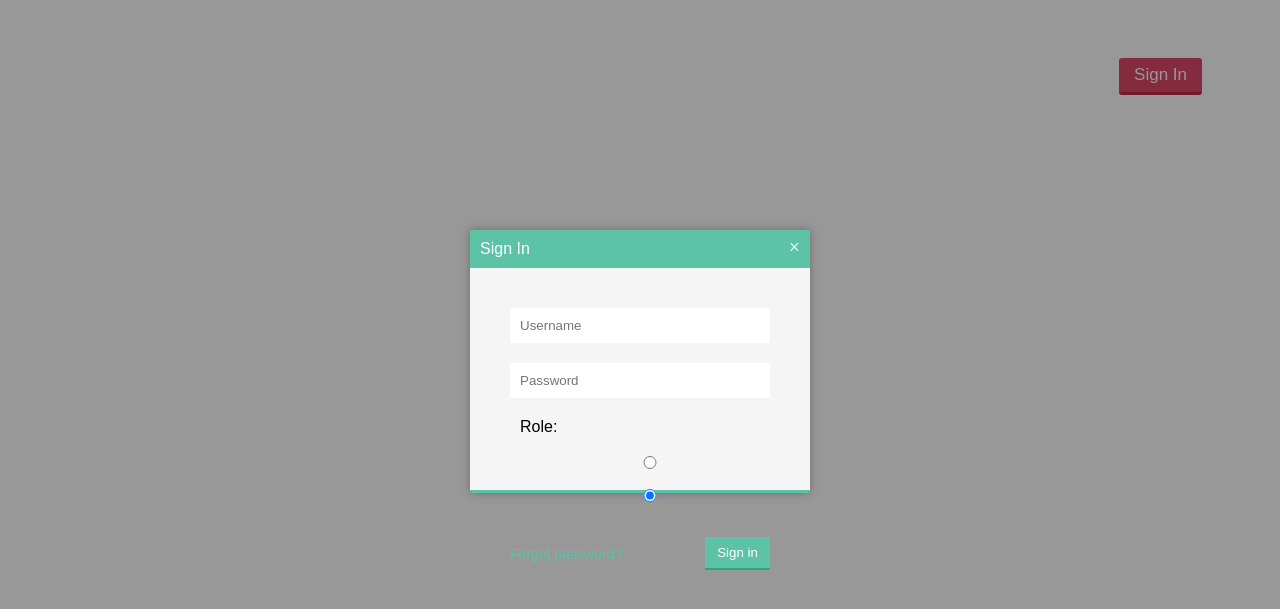
Repository: Mainak-Deb/EmployeeApprisalApp
Page: http://localhost/EmployeeApprisalForm/
The author's editor kept a copy of each file at every save. The page is drawn from the files as they stood at one save, then again after the next save.
The browser window is 1280 px wide. The pictures show the whole page.
The page is served by Tomcat 9.

Above is the page before, as saved 2023-06-16 06:22:48.

After the next save:
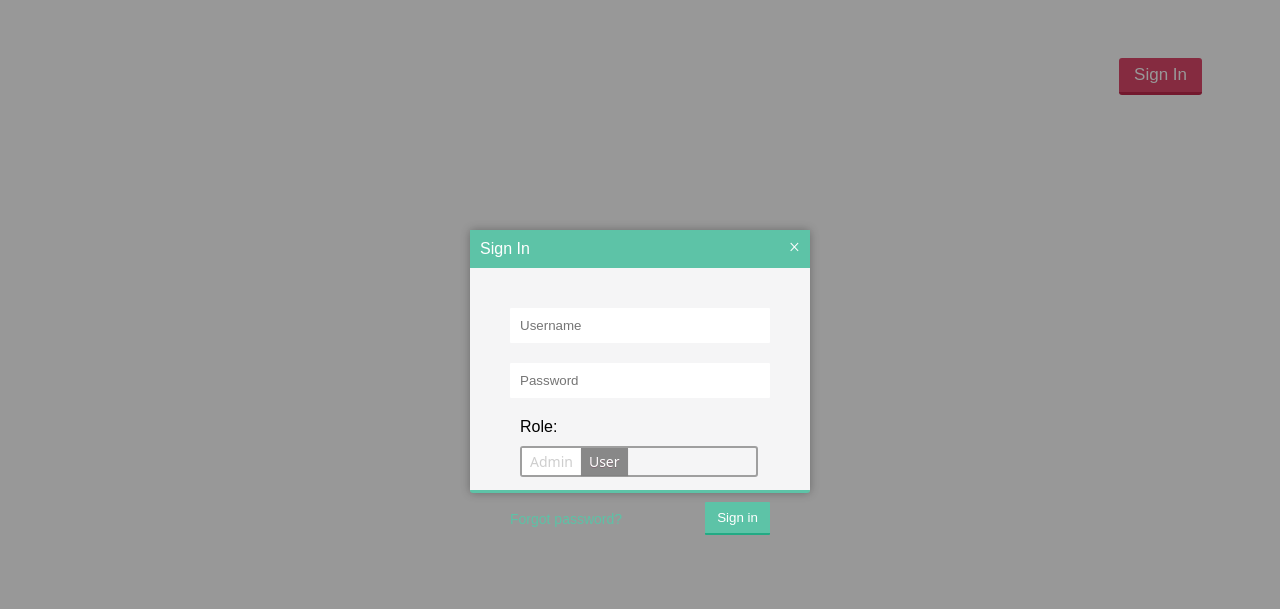
Saved 75 s later.
--- a/EmployeeApprisalForm/src/main/webapp/WEB-INF/views/index.jsp
+++ b/EmployeeApprisalForm/src/main/webapp/WEB-INF/views/index.jsp
@@ -17,7 +17,7 @@
 		<input id="password" name="password" type="password" placeholder="Password" required>
 		<div>
 	         <label for="gender">Role:</label> <br>
-	         <div class="role">
+	         <div class="radio">
 				<input label="Admin" type="radio" id="admin" name="role" value="admin">
 				<input label="User" type="radio" id="user" name="role" value="user" checked>
 			</div>
